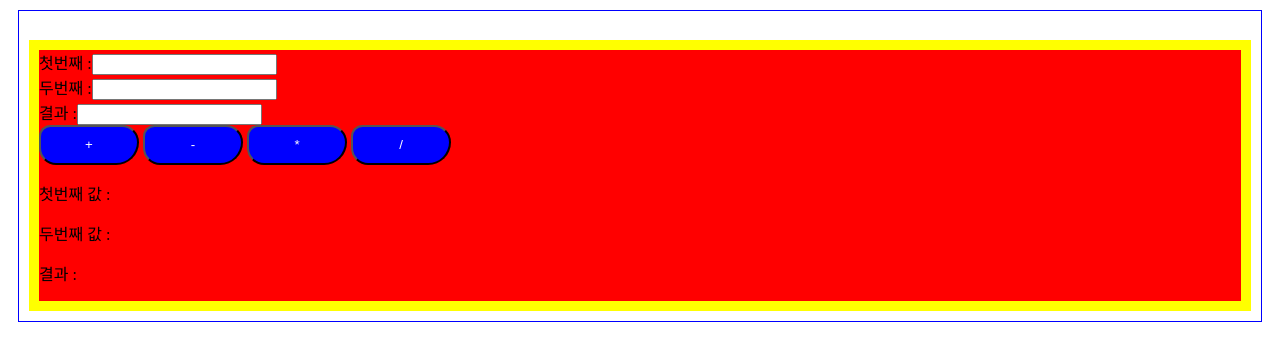
Repository: seonyeob94/BasicWeb
Page: webpro/src/main/webapp/0318/함수예제.html
These files come from the project's save history. The page is drawn as it stood at one moment and after the next save; the edit follows.
The browser window is 1280 px wide. The pictures show the whole page.

Above is the page before, as saved 2025-03-18 00:45:56.

### webpro/src/main/webapp/0318/함수예제.html
<!DOCTYPE html>
<html>
<head>
<meta charset="UTF-8">
<title>Insert title here</title>
<link rel="stylesheet" href="../css/public.css">
<script type="text/javascript">
//const calc = function(op){}

const calc= (op) =>{

	//op변수는 함수 호출시에 값을 받은 매개변수, 파라미터변수, 지역변수
	//+,-,/,* 중에 하나가 대입한다

	//id=x인 요소 접근-값 가져오기 -String리턴
	vx= document.getElementById('x').value;

	//id=y인 요소 접근-값 가져오기 -String리턴
	vy=  document.getElementById('y').value;


	switch(op){
	case "+" :
		res = vx+vy;
		break;
	case "-" :
		res = vx-vy;
		break;
	case "/" :
		res = vx/vy;
		res = res.toLocaleString();
		break;
	case "*" :
		res = vx*vy;
		res = res.toString(2);
		break;
	}

	//출력
	//id=sum인 요소 검색- 출력 - value

	documentElementById('sum').value=res;

	//id=sp1요소 검색 - vx값을 출력 - innerText
	documentElementById('sp1').innerText=vx;

	//id=sp2요소 검색 - vy값을 출력 - innerText
	documentElementById('sp2').innerText=vy;
	//id=sp3요소 검색 - res값을 출력 - innerText
	documentElementById('sp3').innerText=res;
}
</script>
</head>
<body>

<div class="box">
  <h3></h3>
  <form>
    첫번째 :<input id="x"><br>
    두번째 :<input id="y"><br>
    결과 :<input id="sum"><br>
    <input type="button" onclick="calc('+')" value="+">
    <input type="button" onclick="calc('-')" value="-">
    <input type="button" onclick="calc('*')" value="*">
    <input type="button" onclick="calc('/')" value="/"><br>
    <p>첫번째 값 :<span id="sp1"></span> </p>
    <p>두번째 값 :<span id="sp2"></span> </p>
    <p>결과 :<span id="sp3"></span> </p>
  </form>
</div>


</body>
</html>

### webpro/src/main/webapp/css/public.css
@charset "UTF-8";

form {
	background: red;
	border: 10px solid yellow;
}

.box{
	border : 1px solid blue;
	margin : 10px;
	padding : 10px;

}
.box input[type=button]{

	width : 100px;
	height : 40px;
	background : blue;
	color : white;
	border-radius: 40px 60px 80px;
}

.box div{
	border : 1px dotted orange;
	width : 80%;
	padding : 20px;
	margin : 10px;
}

After the next save:
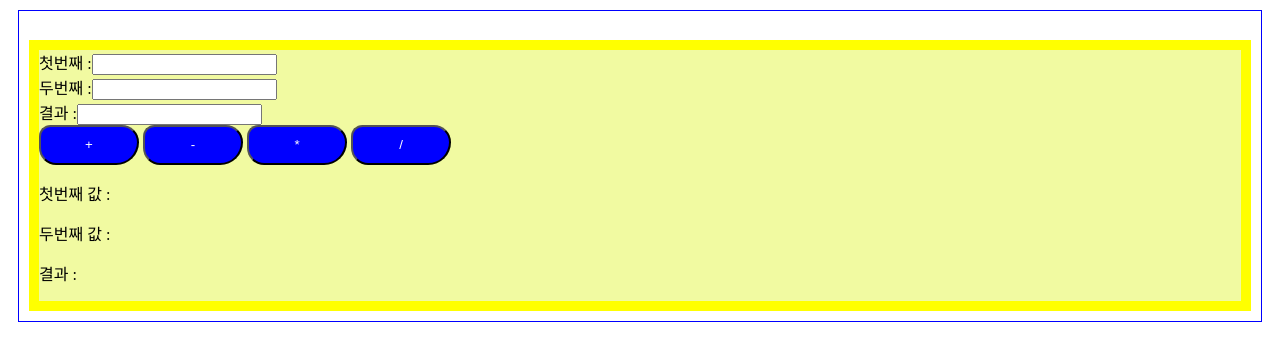
Saved 21 s later.
--- a/webpro/src/main/webapp/css/public.css
+++ b/webpro/src/main/webapp/css/public.css
@@ -1,7 +1,7 @@
 @charset "UTF-8";
 
 form {
-	background: red;
+	background: #f1faa1;
 	border: 10px solid yellow;
 }
 
